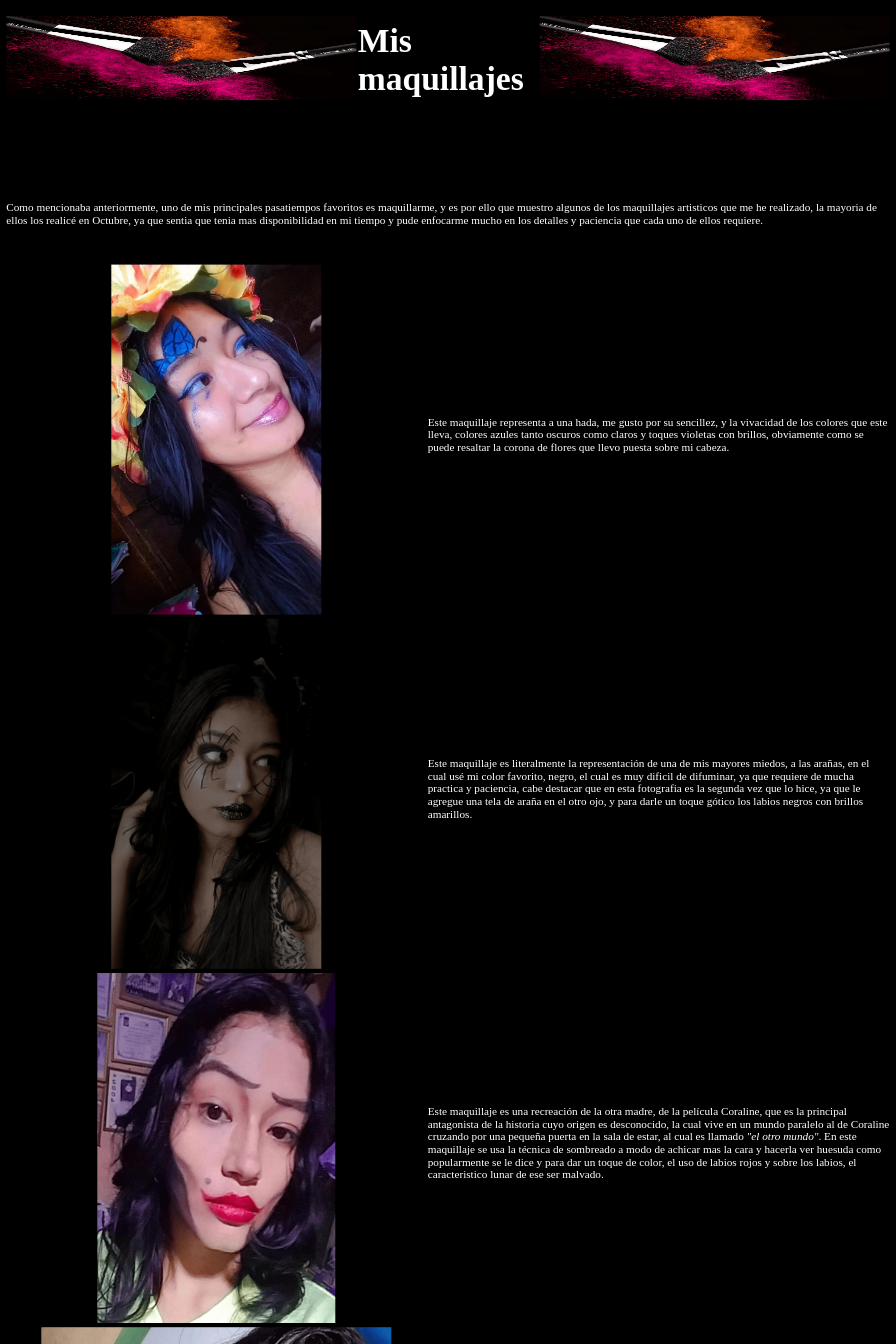
Repository: darlyn-saravia27/portafolio-darlynsaravia
Page: archivoshtml/maquillaje.html
These files come from the project's save history. The page is drawn as it stood at one moment and after the next save; the edit follows.
The browser window is 1280 px wide. The pictures show the part of the page from y = 0 to 1920 px (the page is 4945 px tall), at 70% of full size.

Above is the page before, as saved 2023-03-08 04:23:36.

### archivoshtml/maquillaje.html
<!DOCTYPE html>
<html lang="es">
<head>
    <meta charset="UTF-8">
    <meta http-equiv="X-UA-Compatible" content="IE=edge">
    <meta name="viewport" content="width=device-width, initial-scale=1.0">
    <title>Maquillaje</title>
</head>
<body bgcolor="black">
    <table align="center" cellspacing="0" width="100%">
        <tr>
            <td align="right">
                <img src="Cosmetics.png" width="500px" height="120">
            </td>
            <td>
                <h1><font color="white" size="7">Mis maquillajes</font></h1>
            </td>
            <td>
                <img src="Cosmetics.png" width="500px" height="120px">
            </td>
        </tr>
    </table>
    <table align="center" cellspacing="0" width="100%">
        <tr>
            <td colspan="2">
                <p><font color="white">Como mencionaba anteriormente, uno de mis principales pasatiempos favoritos es maquillarme,
                y es por ello que muestro algunos de los maquillajes artisticos que me he realizado, la
                mayoria de ellos los realicé en Octubre, ya que sentia que tenia mas disponibilidad en mi tiempo
                y pude enfocarme mucho en los detalles y paciencia que cada uno de ellos requiere.</font>
                </p>
                <br>
                <br>
            </td>
        </tr>
        <tr>
            <td align="center">
                <img src="fo1.png" width="300px" height="500px">
            </td>
            <td>
                <font color="white">Este maquillaje representa a una hada, me gusto por su sencillez, y la vivacidad de
                    los colores que este lleva, colores azules tanto oscuros como claros y toques violetas
                    con brillos, obviamente como se puede resaltar la corona de flores que llevo puesta
                    sobre mi cabeza.</font>
                <br>
                <br>
            </td>
        </tr>
        <tr>
            <td align="center">
                <img src="fo2.png" width="300px" height="500px">
            </td>
            <td><font color="white">Este maquillaje es literalmente la representación de una de mis mayores miedos,
                a las arañas, en el cual usé mi color favorito, negro, el cual es muy dificil de difuminar,
                ya que requiere de mucha practica y paciencia, cabe destacar que en esta fotografia es
                la segunda vez que lo hice, ya que le agregue una tela de araña en el otro ojo, y para darle
                un toque gótico los labios negros con brillos amarillos.</font>
                <br>
                <br>
            </td>
        </tr>
        <tr>
            <td align="center">
                <img src="fo3.png" width="340px" height="500px">
            </td>
            <td><font color="white">Este maquillaje es una recreación de la otra madre, de la película
                Coraline, que es la principal antagonista de la historia cuyo origen es desconocido, la
                cual vive en un mundo paralelo al de Coraline cruzando por una pequeña puerta en la sala
                de estar, al cual es llamado <i>"el otro mundo"</i>. En este maquillaje se usa la técnica
                de sombreado a modo de achicar mas la cara y hacerla ver huesuda como popularmente se le dice
                y para dar un toque de color, el uso de labios rojos y sobre los labios, el caracteristico lunar
                de ese ser malvado.</font>
                <br>
                <br>
            </td>
        </tr>
        <tr>
            <td align="center">
                <img src="fo4.png" width="500px" height="400px">
            </td>
            <td><font color="white">Recreación del maquillaje de Morticia Addams, entrando en contexto
                con este personaje, es el corazón, reina y alma de la Familia Addams, se describe como
                una vampiresa de piel pálida, cabello negro lacio, que usa vestidos negros góticos para
                combinar con su pelo. Volviendo al tema, quise recrear el maquillaje de una Tiktoker famosa,
                llamada Dorys Jocelyn Velásquez, la cual es una maquillista profesional y recrea maquillajes
                de todo tipo de ocasión, y por supuesto, los maquillajes artísticos, y me llamo mucho la atención
                el echo de como fucionó el personaje de Morticia con una catrina, tipos de maquillajes que los
                mexicanos usan el día de muertos. Recalco que me fascina trabajar con colores neutros, pero
                con el color negro en cualquier tipo de maquillaje es difícil de manejar, pero que con práctica,
                dedicación y paciencia, todo se hace mas fácil.</font>
                <br>
                <br>
            </td>
        </tr>
        <tr>
            <td align="center">
                <img src="fo5.png" width="300px" height="500px">
            </td>
            <td><font color="white">El maquillarte es como utilizar un lienzo blanco en el cual
                te dejas guiar por tu imaginación y gustos y comienzas a pintar, esta es una breve descripción
                de este maquillaje, ya que quise no lleva un patrón ni guía, simplemente es colorear de la
                manera en que gustes, usando cualquier variedad de tonos de colores, sombras, etc. </font>
                <br>
                <br>
            </td>

        </tr>
        <tr>
            <td align="center">
                <img src="fo6.png" width="500px" height="400px">
            </td>
            <td><font color="white">Quise agregar esta "tierna" fotografía sobre un maquillaje de un animal,
                una osa, representación de la fauna de los bosques, creo que ha sido uno de los mas sencillos
                y fáciles que he realizado.
                </font>
                <br>
                <br>
            </td>
        </tr>
        <tr>
            <td align="center">
                <img src="fo7.png" width="400px" height="500px">
            </td>
            <td><font color="white">El gran Joker, con una personalidad psicópata con humor sádico
                y retorcido enemigo de Batman, considero que este ha sido uno de los mejores maquillajes
                que me he realizado, tiene buen contraste de colores, y por supuesto que no debía faltar
                los toques de brillo. Me he sentido orgullosa de poder hacer a un villano y que haya quedado
                perfecto dentro de lo que cabe.</font>
                <br>
                <br>
            </td>

        </tr>
        <tr>
            <td align="center">
                <img src="fo8.png" width="300px" height="400px">
            </td>
            <td><font color="white">Este fue el primer maquillaje de araña que me realicé, me
                inspiré de uno de los maquillajes de la Tiktoker Fer Jalil, ya que ella se encargó de
                recrearlo y me llamó mucho la atención, así que decidí intentarlo y salió tal como me lo
                esperaba, sobre todo me encanta el efecto de sombreado y lo gótico que luce.
            </font></td>
            <br>
            <br>
        </tr>
        <tr>
            <td align="center">
                <img src="makedada.png" width="600px" height="300px">
            </td>
            <td><font color="white">Es uno de mis mayores logros, el haber participado en el concurso
                de maquillaje en el colegio en 2021, estabamos en pandemia y las clases eran totalmente
                virtuales, tenía miedo porque estaba entre participar o no, pero con el apoyo de personas
                muy cercanas a mi, me alentaron para participar, me decidí y así lo hice.
                Literalmente me inspiré en dos cosas: la primera, fue en las mariposas, y especificamente las
                de especie Morfo, que son mariposas de color azul, y segundo, por las flores ya que me encantan,
                y que mejor manera de combiar ambas cosas en un solo maquillaje, al cual le puse por nombre <i>"Morfo
                de la primavera"</i> basandome en que a las mariposas les encantan las flores.
                Lo que no me esperaba, era ganar el primer lugar, me sentí orgullosa de mi misma, porque
                pude demostrar que si puedo hacer lo que me proponga, que soy capaz de mostrarle a muchas
                personas lo que sé y sentirme orgullosa de ello.
            </font></td>
            <br>
            <br>
        </tr>
        <tr>
            <td align="center">
                <img src="makedada2.png" width="250px" height="500px">
            </td>
            <td><font color="white">Para finalizar esta sección de maquillajes, el año pasado(2022)
                me animé a participar de nuevo en el concurso de maquillaje, quería seguir demostrando todo
                lo que sé, el arte y potencial que tengo, no gané ningún lugar, pero lo importante para mi
                fue participar y sentirme feliz de realizar un maquillaje tan colorido y complejo como ese,
                tomé referencia de una fotografía de una famosa en maquillaje artístico, simplemente me volví
                a sentir orgullosa de mi, porque si logré mi objetivo y es la mejor satisfacción que yo puedo
                tener, y seguir demostrándome a mi misma que lo que es pasión para mi, lo demuestre
                sin ningún tipo de temor.</font></td>
            <br>
            <br>
        </tr>
    </table>
</body>
</html>

After the next save:
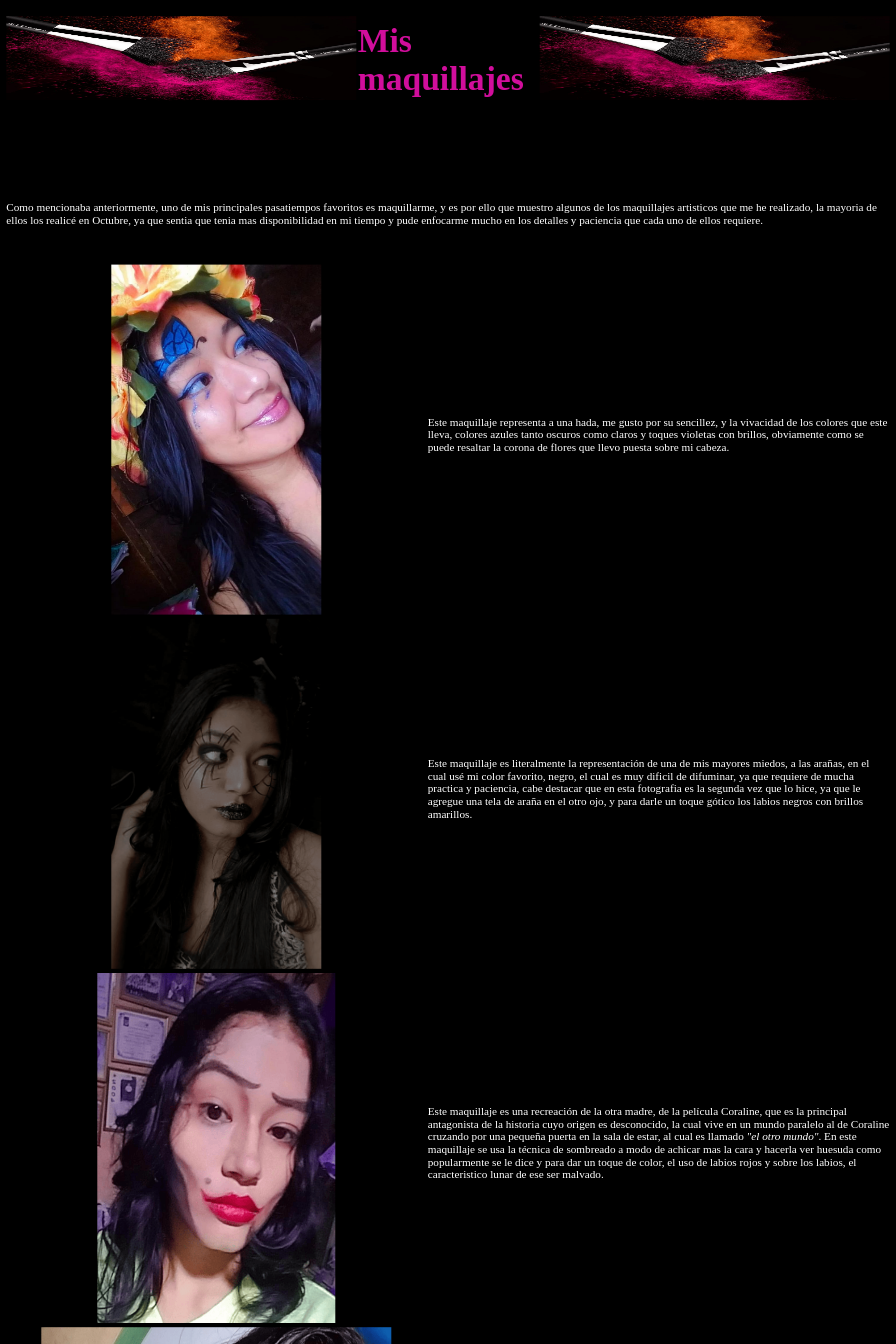
Saved 23 s later.
--- a/archivoshtml/maquillaje.html
+++ b/archivoshtml/maquillaje.html
@@ -13,7 +13,7 @@
                 <img src="Cosmetics.png" width="500px" height="120">
             </td>
             <td>
-                <h1><font color="white" size="7">Mis maquillajes</font></h1>
+                <h1><font color="D10E9C" size="7">Mis maquillajes</font></h1>
             </td>
             <td>
                 <img src="Cosmetics.png" width="500px" height="120px">
